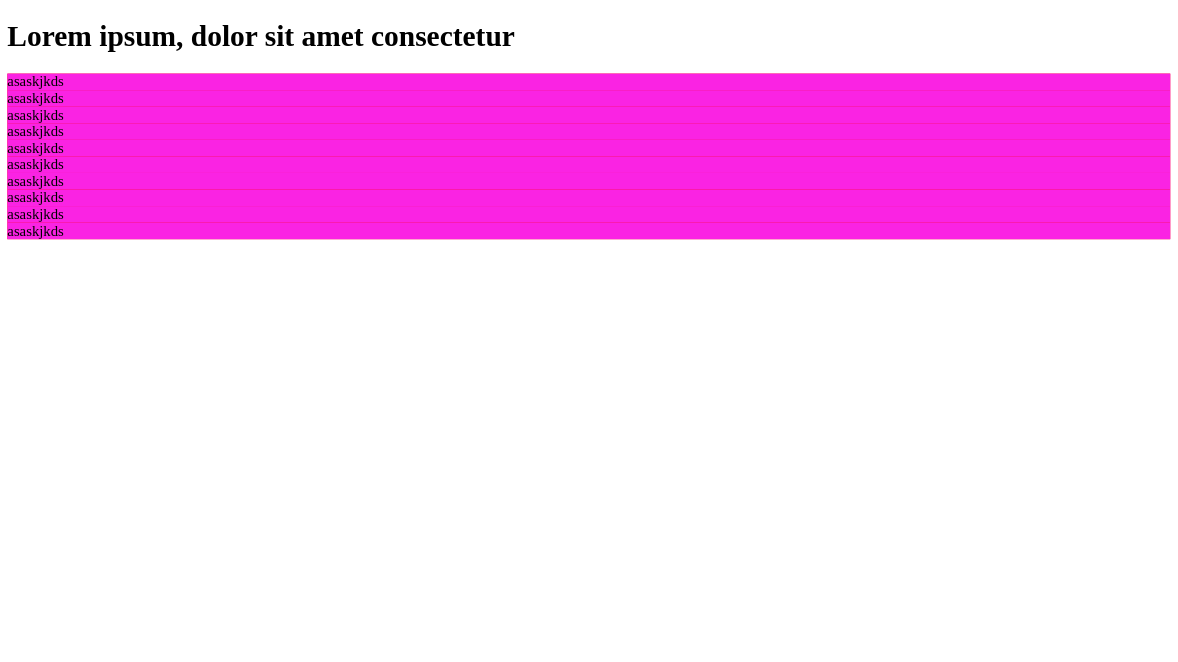
Repository: tongdkhai/Graphic-Art-Mart
Page: test/test.html
The author's editor kept a copy of each file at every save. The page is drawn from the files as they stood at one save, then again after the next save.
The browser window is 1280 px wide. The pictures show the whole page, at 92% of full size.

Above is the page before, as saved 2022-10-25 17:22:04.

### test/test.html
<!DOCTYPE html>
<html lang="en">
  <head>
    <meta charset="UTF-8" />
    <meta http-equiv="X-UA-Compatible" content="IE=edge" />
    <meta name="viewport" content="width=device-width, initial-scale=1.0" />
    <title>Document</title>
    <link
      rel="stylesheet"
      href="https://unpkg.com/flickity@2.3.0/dist/flickity.pkgd.min.js"
    />
    <link
      rel="stylesheet"
      href="https://unpkg.com/flickity@2.3.0/dist/flickity.css"
    />
    <link rel="stylesheet" href="./flickity-master/css/flickity.css" />
    <style>
      .carousel {
        background-color: red;
      }
      .carousel-cell {
        background-color: #fa23e3;

      }
    </style>
  </head>
  <body>
    <h1 class="title">Lorem ipsum, dolor sit amet consectetur </h1>
    <div class="carousel" data-flickity='"freeScroll": true, "wrapAround": true'>
      <div class="carousel-cell">
        asaskjkds
      </div>
      <div class="carousel-cell">
        asaskjkds
      </div>
      <div class="carousel-cell">
        asaskjkds
      </div>
      <div class="carousel-cell">
        asaskjkds
      </div>
      <div class="carousel-cell">
        asaskjkds
      </div>
      <div class="carousel-cell">
        asaskjkds
      </div>
      <div class="carousel-cell">
        asaskjkds
      </div>
      <div class="carousel-cell">
        asaskjkds
      </div>
      <div class="carousel-cell">
        asaskjkds
      </div>
      <div class="carousel-cell">
        asaskjkds
      </div>
    </div>
    <script type="text/javascript" src="./docs/flickity.pkgd.min.js"></script>
  </body>
</html>

### test/flickity-master/css/flickity.css
/*! Flickity v3.0.0
https://flickity.metafizzy.co
---------------------------------------------- */

.flickity-enabled {
  position: relative;
}

.flickity-enabled:focus { outline: none; }

.flickity-viewport {
  overflow: hidden;
  position: relative;
  height: 100%;
  touch-action: pan-y;
}

.flickity-slider {
  position: absolute;
  width: 100%;
  height: 100%;
  left: 0;
}

.flickity-rtl .flickity-slider {
  left: unset;
  right: 0;
}

/* draggable */

.flickity-enabled.is-draggable {
  -webkit-tap-highlight-color: transparent;
  user-select: none;
}

.flickity-enabled.is-draggable .flickity-viewport {
  cursor: move;
  cursor: grab;
}

.flickity-enabled.is-draggable .flickity-viewport.is-pointer-down {
  cursor: grabbing;
}

/* ---- flickity-cell ---- */

.flickity-cell {
  position: absolute;
  left: 0;
}

.flickity-rtl .flickity-cell {
  left: unset;
  right: 0;
}

/* ---- flickity-button ---- */

.flickity-button {
  position: absolute;
  background: hsl(0 0% 100% / 75%);
  border: none;
  color: #333;
}

.flickity-button:hover {
  background: white;
  cursor: pointer;
}

.flickity-button:focus {
  outline: none;
  box-shadow: 0 0 0 5px #19F;
}

.flickity-button:active {
  opacity: 0.6;
}

.flickity-button:disabled {
  opacity: 0.3;
  cursor: auto;
  /* prevent disabled button from capturing pointer up event. #716 */
  pointer-events: none;
}

.flickity-button-icon {
  fill: currentColor;
}

/* ---- previous/next buttons ---- */

.flickity-prev-next-button {
  top: 50%;
  width: 44px;
  height: 44px;
  border-radius: 50%;
  /* vertically center */
  transform: translateY(-50%);
}

.flickity-prev-next-button.previous { left: 10px; }
.flickity-prev-next-button.next { right: 10px; }
/* right to left */
.flickity-rtl .flickity-prev-next-button.previous {
  left: auto;
  right: 10px;
}

.flickity-rtl .flickity-prev-next-button.next {
  right: auto;
  left: 10px;
}

.flickity-prev-next-button .flickity-button-icon {
  position: absolute;
  left: 20%;
  top: 20%;
  width: 60%;
  height: 60%;
}

/* ---- page dots ---- */

.flickity-page-dots {
  position: absolute;
  width: 100%;
  bottom: -25px;
  text-align: center;
  display: flex;
  justify-content: center;
  flex-wrap: wrap;
}

.flickity-rtl .flickity-page-dots { direction: rtl; }

.flickity-page-dot {
  display: block;
  width: 10px;
  height: 10px;
  padding: 0;
  margin: 0 8px;
  background: hsl(0 0% 20% / 25%);
  border-radius: 50%;
  cursor: pointer;
  appearance: none;
  border: none;
  text-indent: -9999px;
  overflow: hidden;
}

.flickity-rtl .flickity-page-dot {
  text-indent: 9999px;
}

.flickity-page-dot:focus {
  outline: none;
  box-shadow: 0 0 0 5px #19F;
}

.flickity-page-dot.is-selected {
  background: hsl(0 0% 20% / 100%);
}

Loaded but not shown: test/docs/flickity.pkgd.min.js (library)

After the next save:
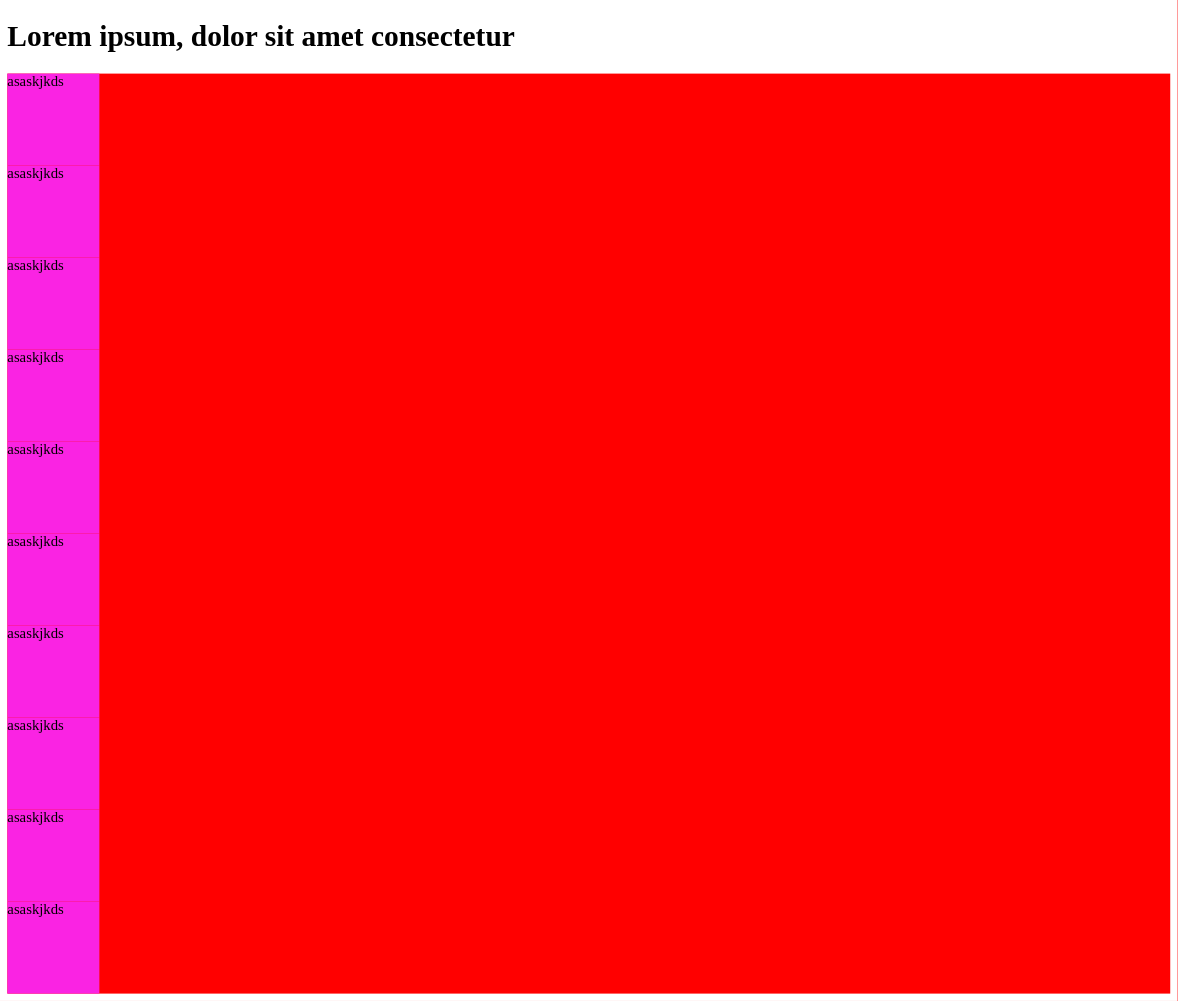
Saved 13 s later.
--- a/test/test.html
+++ b/test/test.html
@@ -20,6 +20,8 @@
       }
       .carousel-cell {
         background-color: #fa23e3;
+        width: 100px;
+        height: 100px;
 
       }
     </style>
